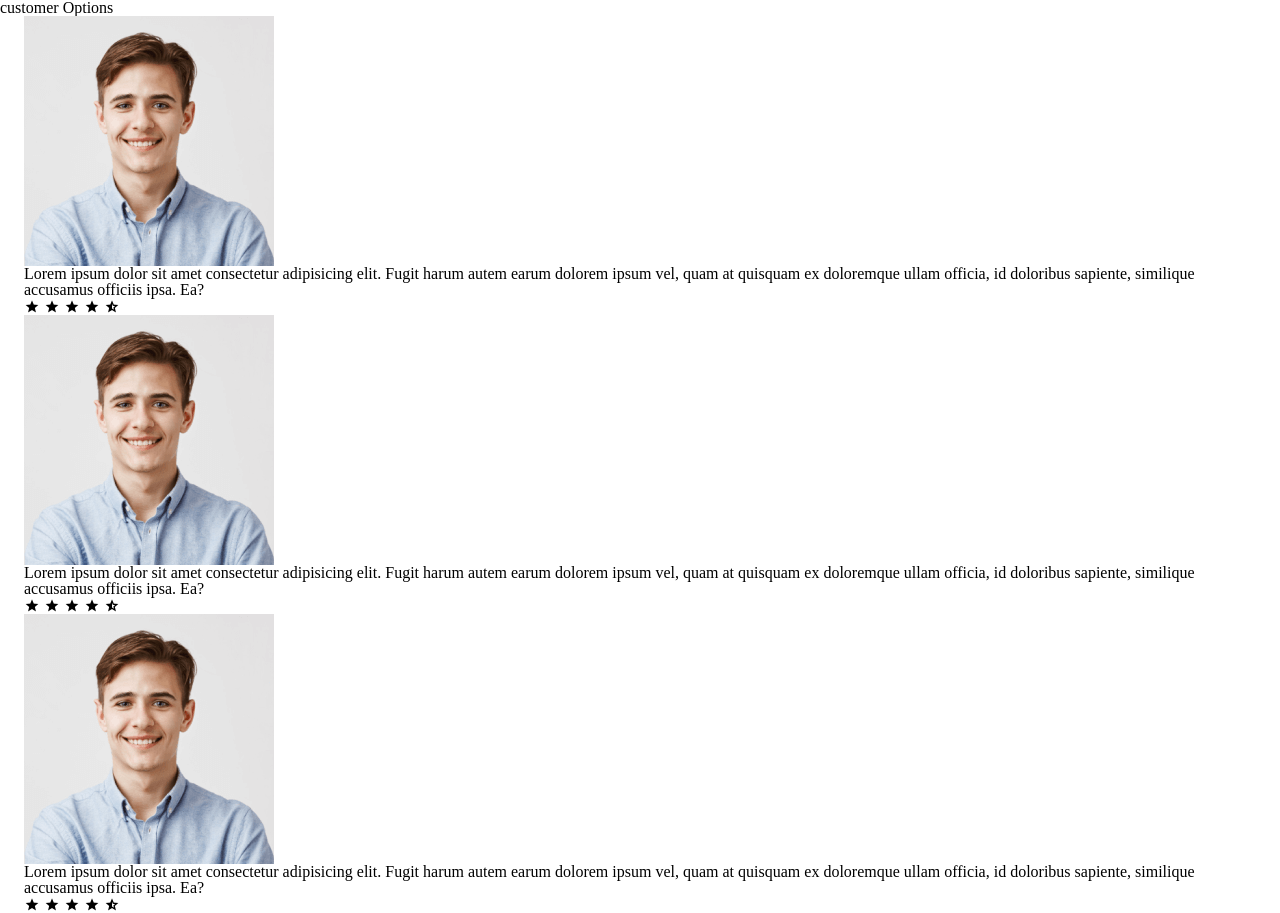
Repository: dinhhaidh/slider-3
Page: index.html
An editor plug-in stored every save of this project. The page is shown before and after a run of saves, followed by the edit.
The browser window is 1280 px wide. The pictures show the whole page.

Above is the page before, as saved 2024-03-22 20:11:51.

### index.html
<!DOCTYPE html>
<html lang="en">
<head>
    <meta charset="UTF-8">
    <meta name="viewport" content="width=device-width, initial-scale=1.0">
    <title>Document</title>
    <link rel="stylesheet" href="https://cdnjs.cloudflare.com/ajax/libs/remixicon/4.2.0/remixicon.min.css">

    <link rel="stylesheet" href="style.css">

</head>
<body>
    <div class="customer">
        <h3 class="customer__title">customer Options</h3>
        <div class="customer__container container">
            <div class="customer__swiper">
                <div>
                    <article class="customer__article">
                        <img src="./img1.png" alt="image" class="customer__img">

                        <p>
                            Lorem ipsum dolor sit amet consectetur adipisicing elit. Fugit harum autem earum dolorem ipsum vel, quam at quisquam ex doloremque ullam officia, id doloribus sapiente, similique accusamus officiis ipsa. Ea?
                        </p>

                        <div class="customer__star">
                            <i class="ri-star-s-fill"></i>
                            <i class="ri-star-s-fill"></i>
                            <i class="ri-star-s-fill"></i>
                            <i class="ri-star-s-fill"></i>
                            <i class="ri-star-half-s-line"></i>
                        </div>
                    </article>
                    <article class="customer__article">
                        <img src="./img1.png" alt="image" class="customer__img">

                        <p>
                            Lorem ipsum dolor sit amet consectetur adipisicing elit. Fugit harum autem earum dolorem ipsum vel, quam at quisquam ex doloremque ullam officia, id doloribus sapiente, similique accusamus officiis ipsa. Ea?
                        </p>

                        <div class="customer__star">
                            <i class="ri-star-s-fill"></i>
                            <i class="ri-star-s-fill"></i>
                            <i class="ri-star-s-fill"></i>
                            <i class="ri-star-s-fill"></i>
                            <i class="ri-star-half-s-line"></i>
                        </div>
                    </article>
                    <article class="customer__article">
                        <img src="./img1.png" alt="image" class="customer__img">

                        <p>
                            Lorem ipsum dolor sit amet consectetur adipisicing elit. Fugit harum autem earum dolorem ipsum vel, quam at quisquam ex doloremque ullam officia, id doloribus sapiente, similique accusamus officiis ipsa. Ea?
                        </p>

                        <div class="customer__star">
                            <i class="ri-star-s-fill"></i>
                            <i class="ri-star-s-fill"></i>
                            <i class="ri-star-s-fill"></i>
                            <i class="ri-star-s-fill"></i>
                            <i class="ri-star-half-s-line"></i>
                        </div>
                    </article>
                </div>
            </div>
        </div>
    </div>
</body>
</html>

### style.css
*,
*:before,
*:after {
  box-sizing: border-box;
}
* {
  margin: 0;
  padding: 0;
  font: inherit;
}
img,
picture,
svg,
video {
  display: block;
  max-width: 100%;
}
input,
select,
textarea {
  background-color: transparent;
  outline: none;
}
button {
  cursor: pointer;
  background-color: transparent;
  outline: none;
  border: 0;
}
body {
  min-height: 100vh;
  font-weight: 400;
  font-size: 16px;
  line-height: 1;
}


.container{
    max-width: 1220px;
    Margin-inline: 1.5rem;
}

.customer{

}
.customer__title{

}
.customer__container{

}

.customer__swiper{

}
.customer__article{

}
.customer__img{
    w
}
.customer__star{

}
.ri-star-s-fill{

}
.ri-star-half-s-line{

}

After the next 2 saves:
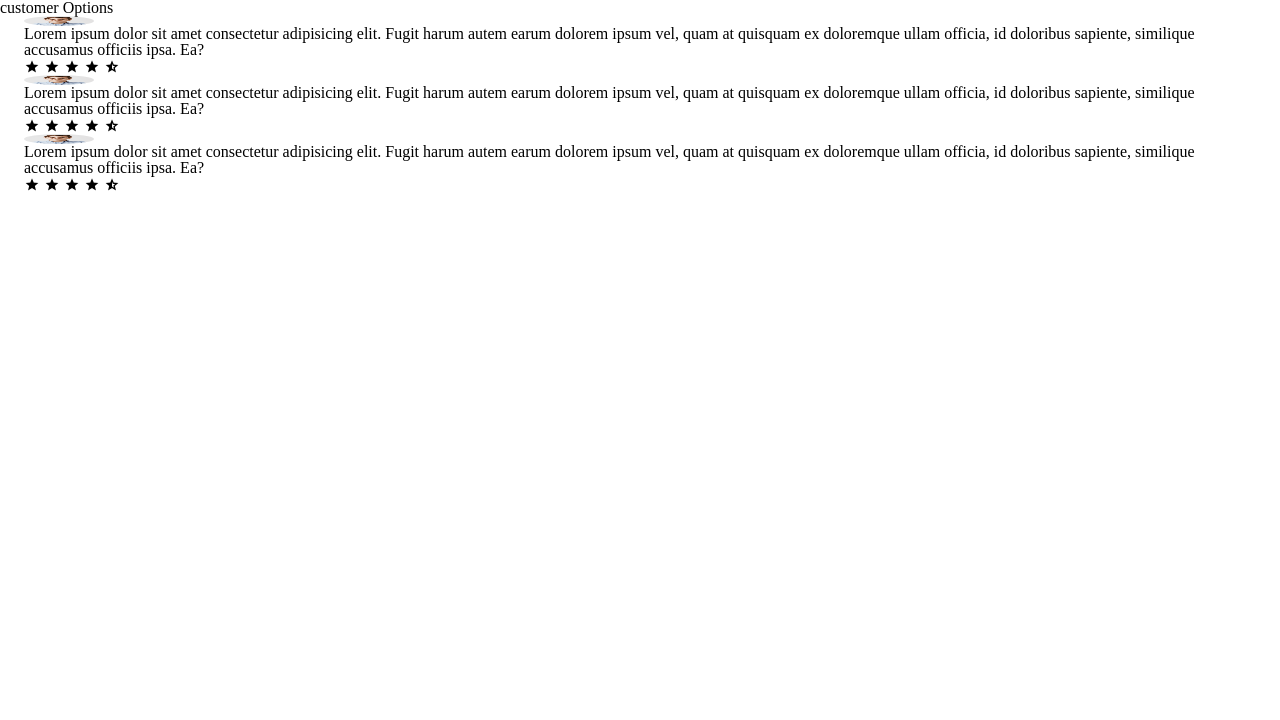
The 2 saves are shown as one change because they came seconds apart.
The last was saved 12 s later.
--- a/style.css
+++ b/style.css
@@ -57,7 +57,9 @@ body {
 
 }
 .customer__img{
-    w
+    width: 70px;
+    height: 10px;
+    border-radius: 50%;
 }
 .customer__star{
 
